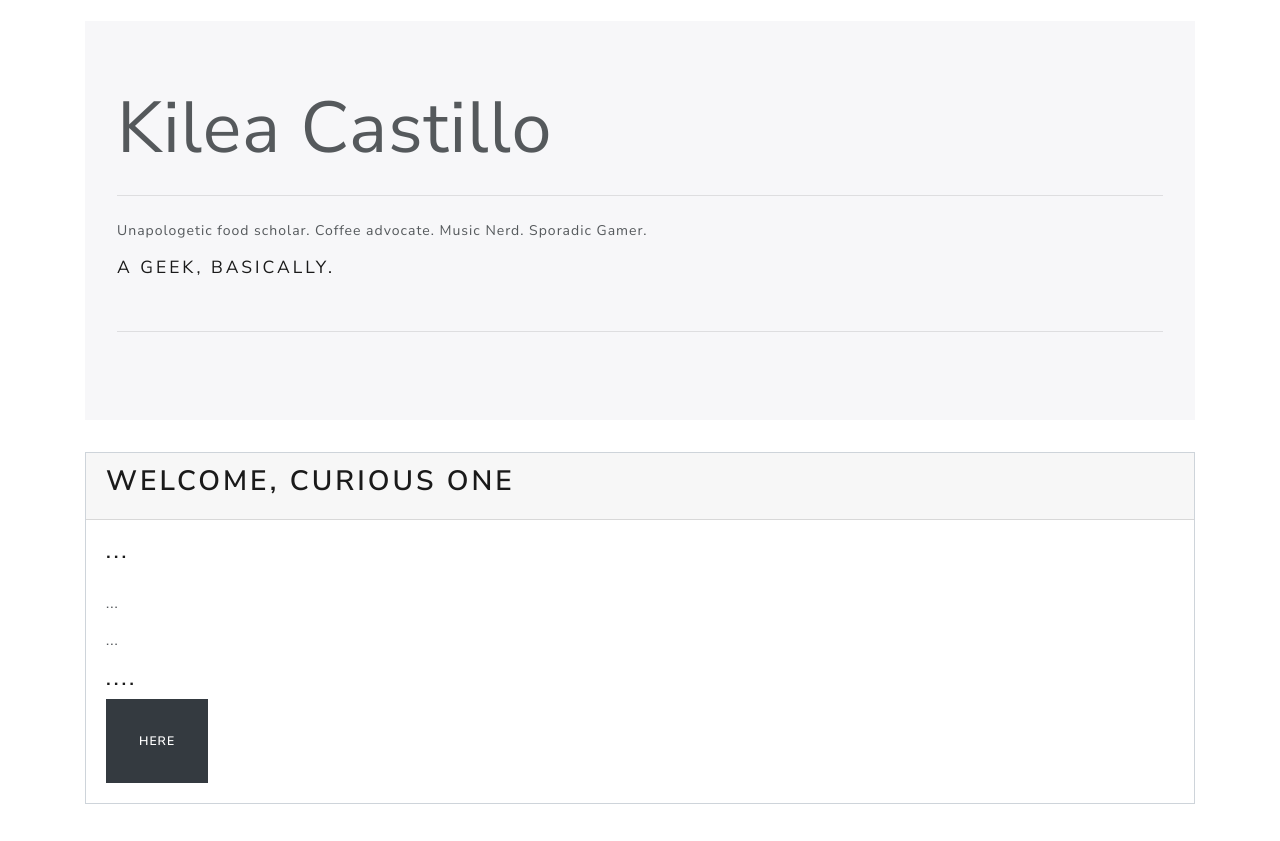
Repository: noctuakitty/kittycastillowilshire
Page: / (app in client/)
These files come from the project's save history. The page is drawn as it stood at one moment and after the next save; the edit follows.
The browser window is 1280 px wide. The pictures show the whole page.
Pictures or frames that could not be fetched are drawn as grey boxes. Some web libraries are served in a nearby version. The project was rebuilt for these pictures with package versions that can differ from the ones it lists, and the page was loaded fresh each time. Also part of the build but not shown: client/src/components/jumbotrons/AboutJumbotron.js, client/src/components/cards/AboutCard.js, client/src/components/pages/AboutPage.js.

Above is the page before, as saved 2022-06-07 15:38:45.

### client/public/index.html
<!DOCTYPE html>
<html lang="en">
  <head>
    <meta charset="utf-8" />
    <link rel="icon" href="%PUBLIC_URL%/favicon.ico" />
    <meta name="viewport" content="width=device-width, initial-scale=1" />
    <meta name="theme-color" content="#000000" />
    <meta
      name="description"
      content="Web site created using create-react-app"
    />
    <link rel="apple-touch-icon" href="%PUBLIC_URL%/logo192.png" />
    <!--
      manifest.json provides metadata used when your web app is installed on a
      user's mobile device or desktop. See https://developers.google.com/web/fundamentals/web-app-manifest/
    -->
    <link rel="manifest" href="%PUBLIC_URL%/manifest.json" />
    <!--
      Notice the use of %PUBLIC_URL% in the tags above.
      It will be replaced with the URL of the `public` folder during the build.
      Only files inside the `public` folder can be referenced from the HTML.

      Unlike "/favicon.ico" or "favicon.ico", "%PUBLIC_URL%/favicon.ico" will
      work correctly both with client-side routing and a non-root public URL.
      Learn how to configure a non-root public URL by running `npm run build`.
    -->
    <title>React App</title>
  </head>
  <body>
    <noscript>You need to enable JavaScript to run this app.</noscript>
    <div id="root"></div>
    <!--
      This HTML file is a template.
      If you open it directly in the browser, you will see an empty page.

      You can add webfonts, meta tags, or analytics to this file.
      The build step will place the bundled scripts into the <body> tag.

      To begin the development, run `npm start` or `yarn start`.
      To create a production bundle, use `npm run build` or `yarn build`.
    -->
  </body>
  <link rel="stylesheet" href="https://cdn.jsdelivr.net/npm/bootswatch@4.5.2/dist/lux/bootstrap.min.css" integrity="sha384-9+PGKSqjRdkeAU7Eu4nkJU8RFaH8ace8HGXnkiKMP9I9Te0GJ4/km3L1Z8tXigpG" crossorigin="anonymous">
  <script src="https://cdn.jsdelivr.net/npm/bootstrap@5.0.2/dist/js/bootstrap.bundle.min.js" integrity="sha384-MrcW6ZMFYlzcLA8Nl+NtUVF0sA7MsXsP1UyJoMp4YLEuNSfAP+JcXn/tWtIaxVXM" crossorigin="anonymous"></script>
  <script src="https://cdnjs.cloudflare.com/ajax/libs/prop-types/15.6.0/prop-types.js"></script>
  <script src="https://code.jquery.com/jquery-3.3.1.slim.min.js" integrity="sha384-q8i/X+965DzO0rT7abK41JStQIAqVgRVzpbzo5smXKp4YfRvH+8abtTE1Pi6jizo" crossorigin="anonymous"></script>
</html>

### client/src/App.js
import React from 'react';
import {
  BrowserRouter,
  Routes,
  Route
} from "react-router-dom";
import NavBar from './components/navbar/NavBar';
import HomePage from './components/pages/HomePage';
import AboutPage from './components/pages/AboutPage';

const App = () => {
  return (
    <div className='App'>
      <BrowserRouter>
        <div className="App">
          <Routes>
            <Route exact path="/" element={<HomePage />} />
            <Route path="/aboutpage" element={<AboutPage />} />
          </Routes>
        </div>
      </BrowserRouter>
    </div>
  );
}

export default App;

### client/src/components/pages/HomePage.js
import React, { Component } from 'react';
import HomeJumbotron from '../jumbotrons/HomeJumbotron';
import HomeCard from '../cards/HomeCard';

class HomePage extends Component {
    render() {
        return (
            <div>
                <br></br>
                <HomeJumbotron />
                <HomeCard />
                <br></br>
            </div>
        )
    }
}

export default HomePage;

### client/src/components/jumbotrons/HomeJumbotron.js
import React from 'react';

function HomeJumbotron() {
    return (
        <div>
            <div className="container">
                <div className="row">
                    <div className="col">
                        <div className="jumbotron">
                            <p className="display-3">
                                Kilea Castillo
                            </p>
                            <hr className="my-4"></hr>
                            <p className="description">Unapologetic food scholar. Coffee advocate. Music Nerd. Sporadic Gamer.</p>
                            <h2 className="lead">A geek, basically.</h2>
                            <br></br>
                            <hr className="my-4"></hr>
                        </div>
                    </div>
                </div>
            </div>
        </div>
    )
}

export default HomeJumbotron;

### client/src/components/cards/HomeCard.js
import React from 'react';
import { AboutButton } from '../buttons/AboutButton';

function HomeCard() {
    return (
        <div className="container">
            <div className="row">
                <div className="col-12">
                    <div className="card border-secondary mb-3">
                        <div className="card-header">
                            <h2 className="header-one">
                                Welcome, Curious One
                            </h2>
                        </div>
                        <div className="card-body">
                            <h4>
                                ...
                            </h4>
                            <br></br>
                            <p>
                            ...
                            </p>
                            <p>
                            ...
                            </p>
                            <h4>
                               ....
                            </h4>
                            <AboutButton />
                        </div>
                    </div>
                </div>
            </div>
        </div>
    )
}

export default HomeCard;

### client/src/components/buttons/AboutButton.js
import React from 'react';
import { Button } from 'react-bootstrap';

export const AboutButton = () => {
    return (
        <div className="button">
            <Button href="/AboutPage" className="btn btn-dark btn-lg">HERE</Button>
        </div>
    );
};

### client/src/components/navbar/NavBar.js
import React from "react";
import Trinity from '../../res/trinity.png';

function NavBar() {
    return (
        <nav className="navbar navbar-light bg-light" style={{ height: 70, padding: 10 }}>
            <a href="/" className="navbar-left"><img style={{ height: 50, marginBottom: 15 }} src={Trinity} alt="Sun">
            </img></a>
            <ul className="nav-item">
                <a className="nav-link" href="/">Home
                </a>
            </ul>
            <ul>
                <a className="nav-link" style={{ color: 'gray' }} href="/aboutpage">About
                </a>
            </ul>
        </nav>
    );
};

export default NavBar;

Loaded but not shown: client/src/index.js (common file); client/src/index.css (common file); client/src/reportWebVitals.js (common file)

After the next save:
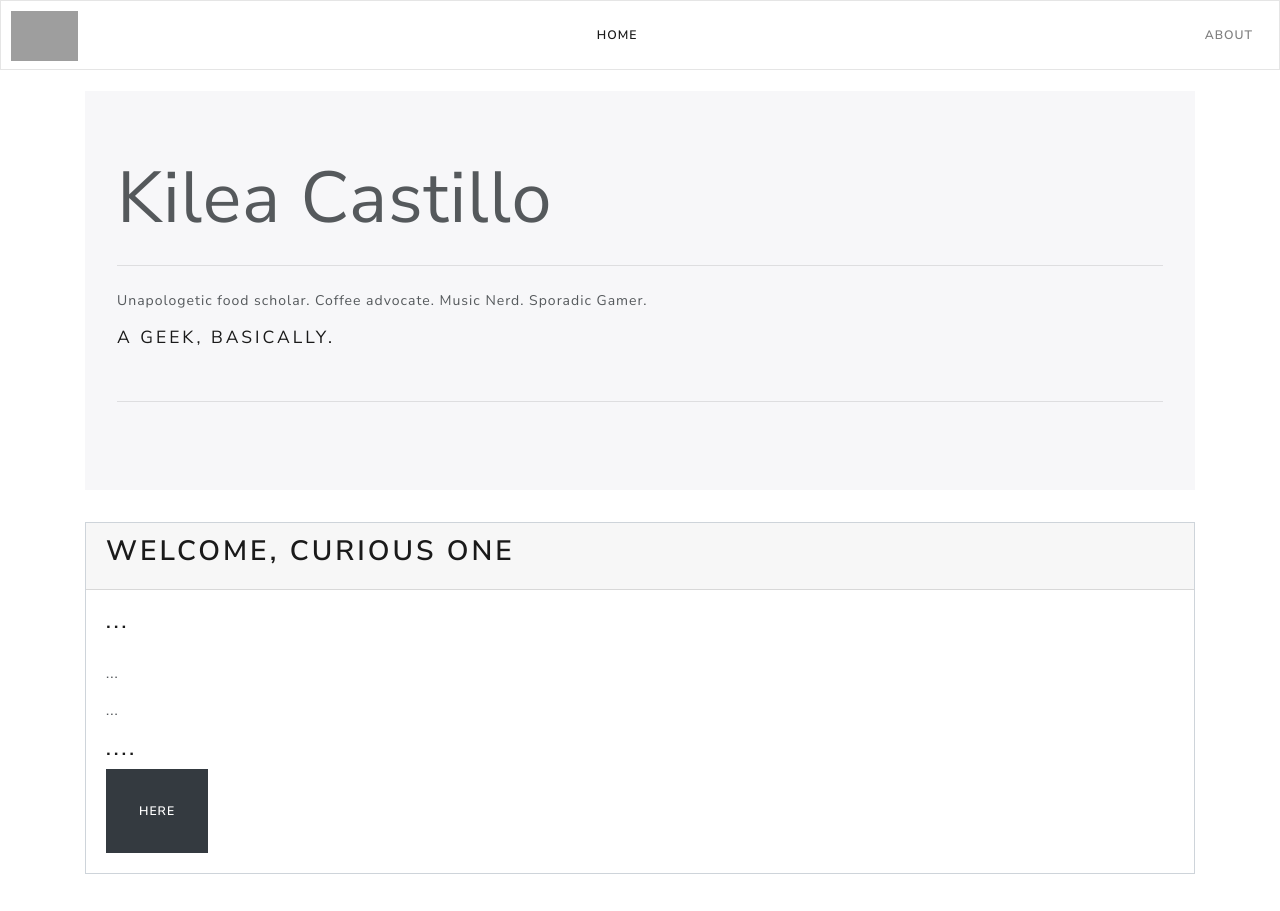
Saved 35 s later.
--- a/client/src/App.js
+++ b/client/src/App.js
@@ -12,12 +12,11 @@ const App = () => {
   return (
     <div className='App'>
       <BrowserRouter>
-        <div className="App">
+      <NavBar />
           <Routes>
             <Route exact path="/" element={<HomePage />} />
             <Route path="/aboutpage" element={<AboutPage />} />
           </Routes>
-        </div>
       </BrowserRouter>
     </div>
   );
